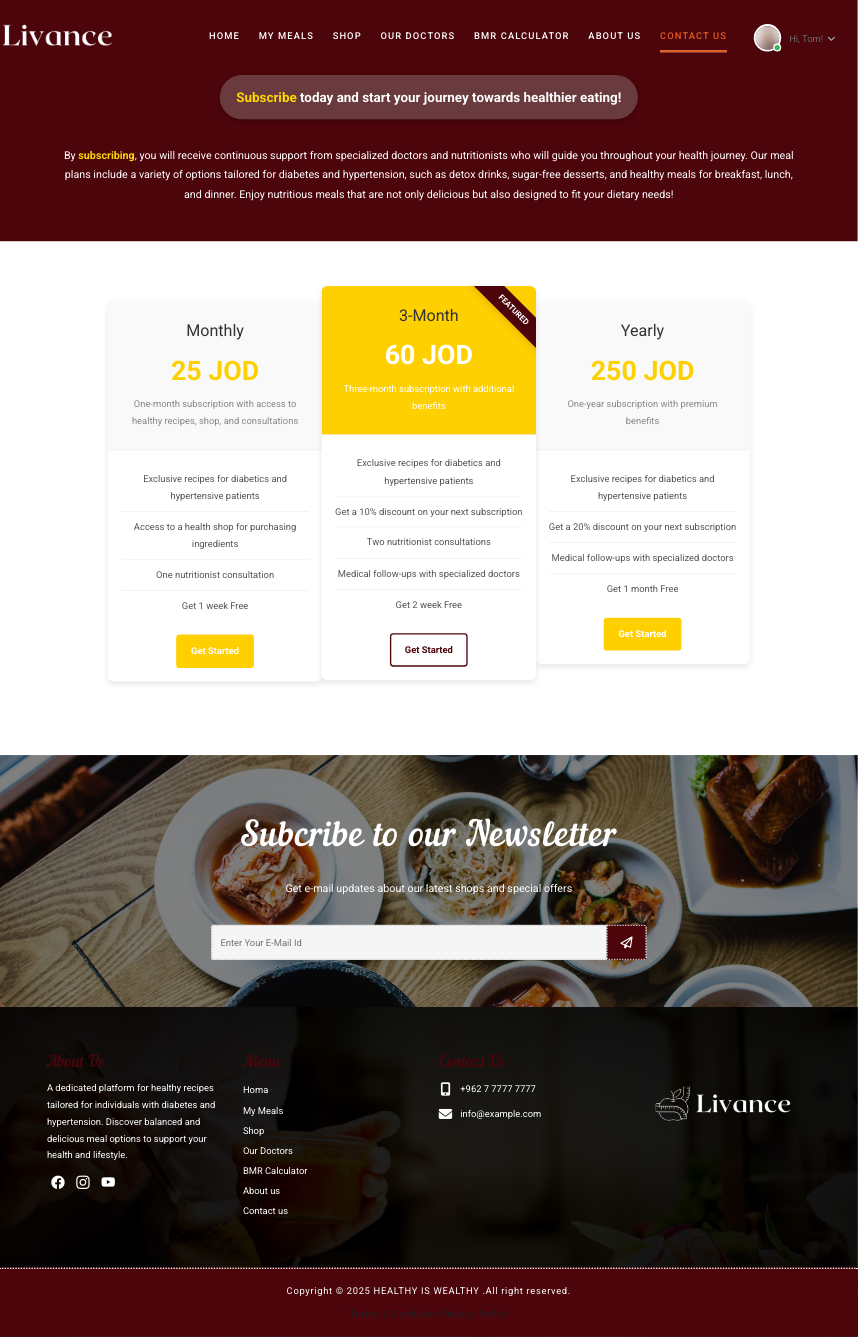
Repository: Surahailat/masterpiece
Page: masterpiece-p1/subsecribe.html
An editor plug-in stored every save of this project. The page is shown before and after a run of saves, followed by the edit.
The browser window is 1280 px wide. The pictures show the whole page, at 67% of full size.
Backgrounds fixed to the window are drawn as part of the page. Some web fonts or font styles are not loaded; a fallback is used. Some web libraries are served in a nearby version.

Above is the page before, as saved 2025-02-12 22:02:11.

### masterpiece-p1/subsecribe.html
<!DOCTYPE html>
<html lang="en">

<head>
    <!-- Basic -->
    <meta charset="utf-8">
    <meta http-equiv="X-UA-Compatible" content="IE=edge">

    <!-- Mobile Metas -->
    <meta name="viewport" content="width=device-width, maximum-scale=1, initial-scale=1, user-scalable=0">

    <!-- Site Metas -->
    <title>Food Funday Restaurant - One page HTML Responsive</title>
    <meta name="keywords" content="">
    <meta name="description" content="">
    <meta name="author" content="">

    <!-- Site Icons -->
    <link rel="shortcut icon" href="images/favicon.ico" type="image/x-icon" />
    <link rel="apple-touch-icon" href="images/apple-touch-icon.png">
    <link rel="stylesheet" href="https://maxcdn.bootstrapcdn.com/font-awesome/4.6.1/css/font-awesome.min.css">
    <!-- Bootstrap CSS -->
    <link rel="stylesheet" href="css/bootstrap.min.css">
    <link rel="stylesheet" href="https://cdn.jsdelivr.net/npm/bootstrap-icons@1.3.0/font/bootstrap-icons.css">
    <!-- Site CSS -->
    <link rel="stylesheet" href="css/subsecribe.css">
    <!-- Responsive CSS -->
    <link rel="stylesheet" href="css/responsive.css">
    <!-- color -->
    <link id="changeable-colors" rel="stylesheet" href="css/colors/orange.css" />
    <link href="https://cdnjs.cloudflare.com/ajax/libs/font-awesome/6.0.0-beta3/css/all.min.css" rel="stylesheet">



    <script src="https://kit.fontawesome.com/64d58efce2.js" crossorigin="anonymous"></script>



    <!-- Modernizer -->
    <script src="js/modernizer.js"></script>
</head>

<body>
    <div id="loader">
        <div id="status"></div>
    </div>
    <div id="site-header">
        <header id="header" class="header-block-top">
            <div class="container">
                <div class="row">
                    <div class="main-menu">
                        <!-- navbar -->
                        <nav class="navbar navbar-default" id="mainNav">
                            <div class="navbar-header">
                                <button type="button" class="navbar-toggle collapsed" data-toggle="collapse"
                                    data-target="#navbar" aria-expanded="false" aria-controls="navbar">
                                    <span class="sr-only">Toggle navigation</span>
                                    <span class="icon-bar"></span>
                                    <span class="icon-bar"></span>
                                    <span class="icon-bar"></span>
                                </button>
                            </div>
                            <div id="navbar" class="navbar-collapse collapse">
                                <ul class="nav navbar-nav navbar-left" style="width: 2%;">
                                    <li><img src="/images/Screenshot_2025-01-26_114436-removebg-preview (1).png" alt=""
                                            style="width: 34rem;
                                        position: relative;
                                        right: 56%;
                                        top: -6rem;"></li>
                                </ul>
                                <ul class="nav navbar-nav navbar" style="margin-left: 18%;">
                                    <li class="active"><a href="#banner">Home</a></li>
                                    <li><a href="#about">My Meals</a></li>
                                    <li><a href="#our_team">Shop</a></li>
                                    <li><a href="#menu">Our Doctors</a></li>
                                    <li><a href="#gallery">BMR Calculator</a></li>

                                    <li><a href="#reservation">About us</a></li>
                                    <li><a href="#footer">Contact us</a></li>
                                </ul>
                                <!-- Right Side Content / End -->
                                <div class="right-side">
                                    <div class="header-widget">
                                        <!-- User Menu -->
                                        <div class="user-menu">
                                            <div class="user-name"><span><img src="images/dashboard-avatar.jpg"
                                                        alt=""></span>Hi, Tom!</div>
                                            <ul>
                                                <li><a href=""><i class="fa-regular fa-user"
                                                            style="color: #696969;"></i> My Profile</a></li>
                                                <li><a href=""><i class="fa-regular fa-envelope-open"
                                                            style="color: #696969;"></i> Messages</a></li>
                    <li><a href="subsecribe.html"><i class="fa-regular fa-bell" style="color: #696969;"></i> Subscribe</a></li>

                                                <li><a href=""><i class="fa-solid fa-arrow-right-from-bracket"
                                                            style="color: #696969;"></i> Logout</a></li>
                                            </ul>
                                        </div>
                                    </div>
                                </div>

                            </div>
                            <!-- end nav-collapse -->
                        </nav>
                        <!-- end navbar -->
                    </div>
                </div>
                <!-- end row -->
            </div>
            <!-- end container-fluid -->
        </header>
        <!-- end header -->
    </div>
    <!-- end site-header -->

    <div id="banner" class="banner full-screen-mode parallax">
        <div class="subscribe-section">
            <!-- العنوان -->
            <div class="subscribe-header">
                <span>Subscribe</span> today and start your journey towards healthier eating!
            </div>

            <!-- النص الرئيسي -->
            <div class="subscribe-content">
                By <span>subscribing</span>, you will receive continuous support from specialized doctors and
                nutritionists who will guide you throughout your health journey.
                Our meal plans include a variety of options tailored for diabetes and hypertension, such as detox
                drinks, sugar-free desserts, and healthy meals for breakfast, lunch, and dinner.
                Enjoy nutritious meals that are not only delicious but also designed to fit your dietary needs!
            </div>
        </div>

    </div>
    <!-- end banner -->

    <div class="pricing-container">
        <!-- Basic Plan -->
        <div class="plan">
            <div class="plan-price">
                <h3>Monthly</h3>
                <div class="value">25 JOD</div>
                <div class="period">One-month subscription with access to healthy recipes, shop, and consultations</div>
            </div>
            <div class="plan-features">
                <ul>
                    <li>Exclusive recipes for diabetics and hypertensive patients</li>
                    <li>Access to a health shop for purchasing ingredients</li>
                    <li>One nutritionist consultation</li>
                    <li>Get 1 week Free </li>
                </ul>
                <a href="#">Get Started</a>
            </div>
        </div>

        <!-- Extended Plan -->
        <div class="plan plan-featured">
            <div class="listing-badge"><span>Featured</span></div>
            <div class="plan-price">
                <h3>3-Month</h3>
                <div class="value">60 JOD</div>
                <div class="period">Three-month subscription with additional benefits</div>
            </div>
            <div class="plan-features">
                <ul>
                    <li>Exclusive recipes for diabetics and hypertensive patients</li>
                    <li>Get a 10% discount on your next subscription</li>
                    <li>Two nutritionist consultations</li>
                    <li>Medical follow-ups with specialized doctors</li>
                    <li>Get 2 week Free </li>
                </ul>
                <a href="#">Get Started</a>
            </div>
        </div>

        <!-- Professional Plan -->
        <div class="plan">
            <div class="plan-price">
                <h3>Yearly </h3>
                <div class="value">250 JOD</div>
                <div class="period">One-year subscription with premium benefits</div>
            </div>
            <div class="plan-features">
                <ul>
                    <li>Exclusive recipes for diabetics and hypertensive patients</li>
                    <li>Get a 20% discount on your next subscription</li>
                    <li>Medical follow-ups with specialized doctors</li>
                    <li>Get 1 month Free </li>
                </ul>
                <a href="#">Get Started</a>
            </div>
        </div>
    </div>


    <div id="footer" class="footer-main">
        <div class="footer-news pad-top-100 pad-bottom-70 parallax">
            <div class="container">
                <div class="row">
                    <div class="col-lg-12 col-md-12 col-sm-12 col-xs-12">
                        <div class="wow fadeIn" data-wow-duration="1s" data-wow-delay="0.1s">
                            <h2 class="ft-title color-white text-center">Subcribe to our Newsletter</h2>
                            <p> Get e-mail updates about our latest shops and special offers</p>
                        </div>
                        <form>
                            <input type="email" placeholder="Enter your e-mail id">
                            <a href="#" class="orange-btn"><i class="fa fa-paper-plane-o" aria-hidden="true"></i></a>
                        </form>
                    </div>
                    <!-- end col -->
                </div>
                <!-- end row -->
            </div>
            <!-- end container -->
        </div>
        <!-- end footer-news -->
        <div class="footer-box pad-top-70">
            <div class="container">
                <div class="row">
                    <div class="footer-in-main">

                        <div class="col-lg-3 col-md-3 col-sm-6 col-xs-12">
                            <div class="footer-box-a">
                                <h3>About Us</h3>
                                <p>A dedicated platform for healthy recipes tailored for individuals with diabetes
                                    and
                                    hypertension. Discover balanced and delicious meal options to support your
                                    health
                                    and lifestyle.</p>
                                <ul class="socials-box footer-socials pull-left">
                                    <li>
                                        <a href="#">
                                            <div class="social-circle-border"><i class="bi bi-facebook"></i></div>
                                        </a>
                                    </li>

                                    <li>
                                        <a href="#">
                                            <div class="social-circle-border"><i class="bi bi-instagram"></i>
                                            </div>
                                        </a>
                                    </li>
                                    <li>
                                        <a href="#">
                                            <div class="social-circle-border"><i class="bi bi-youtube"></i></div>
                                        </a>
                                    </li>
                                </ul>

                            </div>
                            <!-- end footer-box-a -->
                        </div>
                        <!-- end col -->
                        <div class="col-lg-3 col-md-3 col-sm-6 col-xs-12">
                            <div class="footer-box-b">
                                <h3>Menu</h3>
                                <ul>
                                    <li><a href="#">Homa</a></li>
                                    <li><a href="#">My Meals</a></li>
                                    <li><a href="#">Shop</a></li>
                                    <li><a href="#">Our Doctors</a></li>
                                    <li><a href="#">BMR Calculator</a></li>
                                    <li><a href="#">About us</a></li>
                                    <li><a href="#">Contact us</a></li>

                                </ul>
                            </div>
                            <!-- end footer-box-b -->
                        </div>
                        <!-- end col -->
                        <div class="col-lg-3 col-md-3 col-sm-6 col-xs-12">
                            <div class="footer-box-c">
                                <h3>Contact Us</h3>

                                <p>
                                    <i class="fa fa-mobile" aria-hidden="true"></i>
                                    <span>
                                        +962 7 7777 7777
                                    </span>
                                </p>
                                <p>
                                    <i class="fa fa-envelope" aria-hidden="true"></i>
                                    <span><a href="#">info@example.com</a></span>
                                </p>
                            </div>
                            <!-- end footer-box-c -->
                        </div>
                        <!-- end col -->
                        <div class="footer-logo">
                            <div class="text-center">
                                <img src="/images/Screenshot_2025-01-26_114436-removebg-preview (1).png" alt="" style="    width: 25%;
margin-top: -2%;" />
                            </div>
                        </div>
                    </div>
                    <!-- end footer-in-main -->
                </div>
                <!-- end row -->
            </div>
            <!-- end container -->
            <div id="copyright" class="copyright-main">
                <div class="container">
                    <div class="row">
                        <div class="col-lg-12 col-md-12 col-sm-12 col-xs-12">
                            <h6 class="copy-title"> Copyright &copy; 2025 HEALTHY IS WEALTHY .All right reserved.
                                <br>
                                <br>
                                <a href="https://themewagon.com/" target="_blank">Terms & Condition </a>
                                <a href="https://themewagon.com/" target="_blank">Privacy Policy</a>
                            </h6>
                        </div>
                    </div>
                    <!-- end row -->
                </div>
                <!-- end container -->
            </div>
            <!-- end copyright-main -->
        </div>
        <!-- end footer-box -->
    </div>
    <!-- end footer-main -->
    <!-- ALL JS FILES -->


    <a href="#" class="scrollup" style="display: none;">Scroll</a>




    <script src="js/all.js"></script>
    <script src="js/bootstrap.min.js"></script>
    <!-- ALL PLUGINS -->
    <script src="js/custom.js"></script>
    <script src="https://code.jquery.com/jquery-2.2.4.min.js"></script>
    <script>
        document.addEventListener("DOMContentLoaded", function () {
            const userMenu = document.querySelector(".user-menu");
            const userName = userMenu.querySelector(".user-name");
            const menuList = userMenu.querySelector("ul");

            userName.addEventListener("click", function (event) {
                event.stopPropagation(); // منع غلق القائمة عند الضغط على العنصر نفسه
                userMenu.classList.toggle("active");
            });

            document.addEventListener("click", function (event) {
                if (!userMenu.contains(event.target)) {
                    userMenu.classList.remove("active"); // إخفاء القائمة عند النقر خارجها
                }
            });
        });
    </script>
</body>

</html>

### masterpiece-p1/css/colors/orange.css
.navbar-default .navbar-toggle .icon-bar{
	background-color: #e75b1e;
}
.main-menu .navbar-default .navbar-nav .active a{
	color: #e75b1e;
}
.main-menu nav li a::after {
    background: #e75b1e;
}
.typer{
	color: #e75b1e !important;
}
.banner-text h2{
	color: #e75b1e
}
.book-btn a{
	background: #e75b1e;
	border: 3px solid #e75b1e;
}
.book-btn a:hover{
	border: 3px solid #f04900;
}
.hvr-underline-from-center::before{
	background:#f04900;
}
.block-title{
	color: #e75b1e;
}
.item-type-zoom .item-hover:hover::before{
	background: rgba(231, 91, 30, 0.5);
}
.special-box .owl-theme .owl-controls .owl-page.active span{
	background: #e75b1e;
}
.offer-item div h3{
	color: #e75b1e;
}
.tab-menu .is-active{
	background: #e75b1e;
}
.tab-menu .slick-arrow.slick-prev{
	background: #e75b1e url(../../images/back.png) no-repeat center;
	background-position: 2px 4px;
}
.tab-menu .slick-arrow.slick-next{
	background: #e75b1e url(../../images/next.png) no-repeat center;
	background-position: 7px 4px;
}

.offer-item .offer-price{
	border: 1px solid #e75b1e;
}
.sf-team:hover .text-col{
	background-color: #e75b1e;
}
.gal-item a::after{
	background-color: rgba(231, 91, 30, 0.75);
}
.overlay i:hover{
	border: 1px solid #e75b1e;
	color: #e75b1e;
}
.blog-btn-v a{
	background: #e75b1e;
	border: 3px solid #e75b1e;
}
.book-srv a{
	background: #e75b1e;
	border: 3px solid #e75b1e;
}

.panel-pricing .panel-heading{
	background: #e75b1e;
}
.panel-pricing{
	border: 1px solid #e75b1e;
}
.panel-body p strong span{
	color: #e75b1e;
}
.pricing-main .panel-footer a{
	background: #e75b1e;
	border: 3px solid #e75b1e;
}
.pricing-main .panel-footer a:hover{
	border: 3px solid #f04900;
}

.reserve-book-btn button{
	background: #e75b1e;
	border: 3px solid #e75b1e;
}
.reserve-book-btn button:hover a{
	color:#000000;
}
.footer-news form a{
	background: #e75b1e;
}
.footer-news form a:hover{
	border: 2px dotted #e75b1e;
}
.footer-box-a h3{
	color: #e75b1e;
}
.footer-box-b h3{
	color: #e75b1e;
}
.footer-box-c h3{
	color: #e75b1e;
}
.footer-box-d h3{
	color: #e75b1e;
}
.footer-box-c p a:hover{
	color: #e75b1e;
}
.footer-box-b ul li a:hover{
	color: #e75b1e;
}

.footer-box .socials-box a:hover .social-circle-border{
	color: #e75b1e;
}

.footer-box-c p i{
	color: #e75b1e;
}

.copyright-main{
	background: #e75b1e;
}

#color-panel a.panel-button:hover{
	color: #e75b1e;
}

Loaded but not shown: masterpiece-p1/css/bootstrap.min.css (library); masterpiece-p1/css/owl.theme.css (common file); masterpiece-p1/css/owl.carousel.css (library); masterpiece-p1/css/slick.css (common file); masterpiece-p1/css/flaticon.css (common file); masterpiece-p1/css/font-awesome.min.css (library); masterpiece-p1/css/bootstrap-datetimepicker.css (library); masterpiece-p1/css/bootstrap-select.min.css (library); masterpiece-p1/css/normalize.css (library); masterpiece-p1/css/animate.min.css (library); masterpiece-p1/js/all.js (library); masterpiece-p1/js/bootstrap.min.js (library); masterpiece-p1/js/modernizer.js (4546 lines, source omitted); masterpiece-p1/js/custom.js (309 lines, source omitted); masterpiece-p1/css/subsecribe.css (1276 lines, source omitted); masterpiece-p1/css/responsive.css (333 lines, source omitted)

After the next 3 saves:
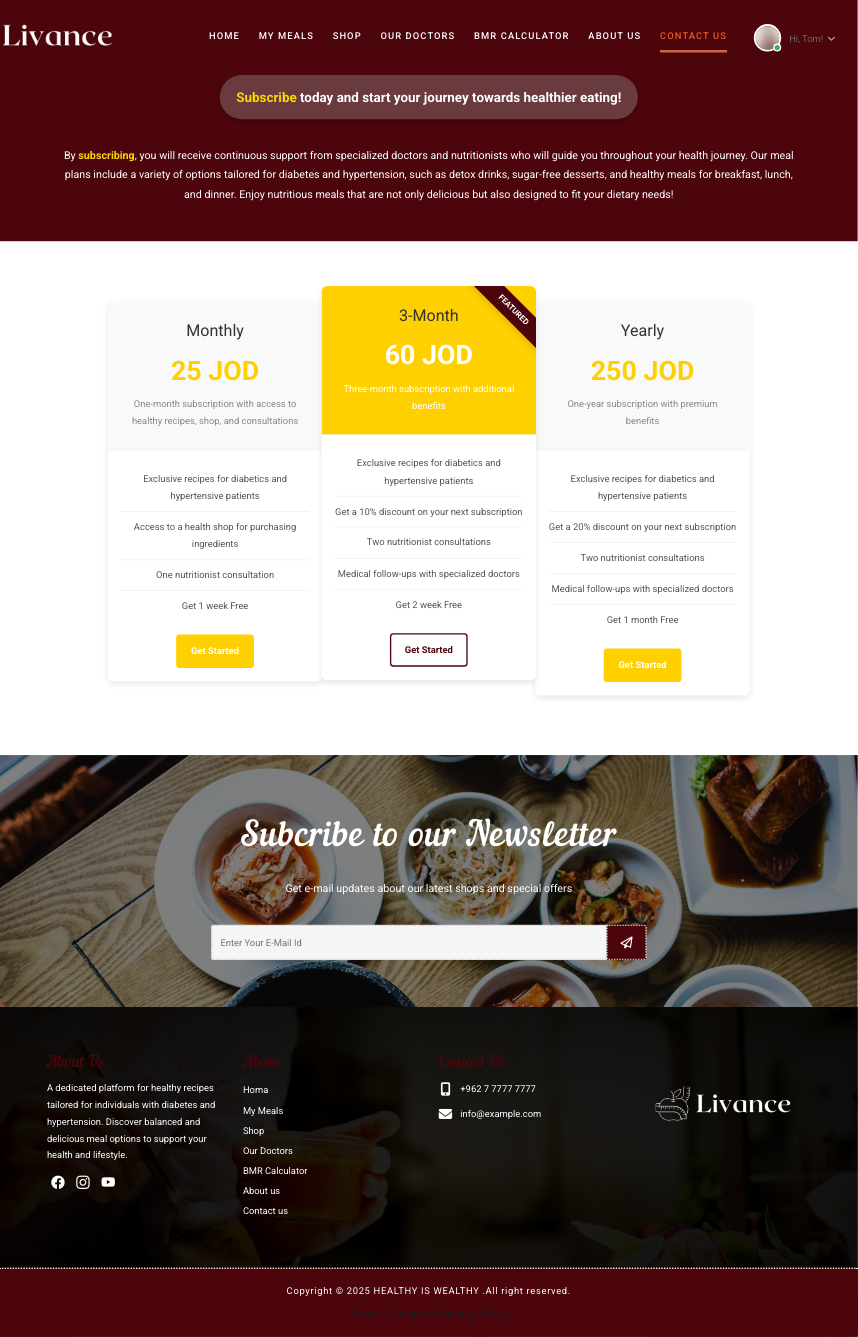
The 3 saves are shown as one change because they came seconds apart.
The last was saved 18 s later.
--- a/masterpiece-p1/subsecribe.html
+++ b/masterpiece-p1/subsecribe.html
@@ -183,6 +183,7 @@
                 <ul>
                     <li>Exclusive recipes for diabetics and hypertensive patients</li>
                     <li>Get a 20% discount on your next subscription</li>
+                    <li>Two nutritionist consultations</li>
                     <li>Medical follow-ups with specialized doctors</li>
                     <li>Get 1 month Free </li>
                 </ul>
